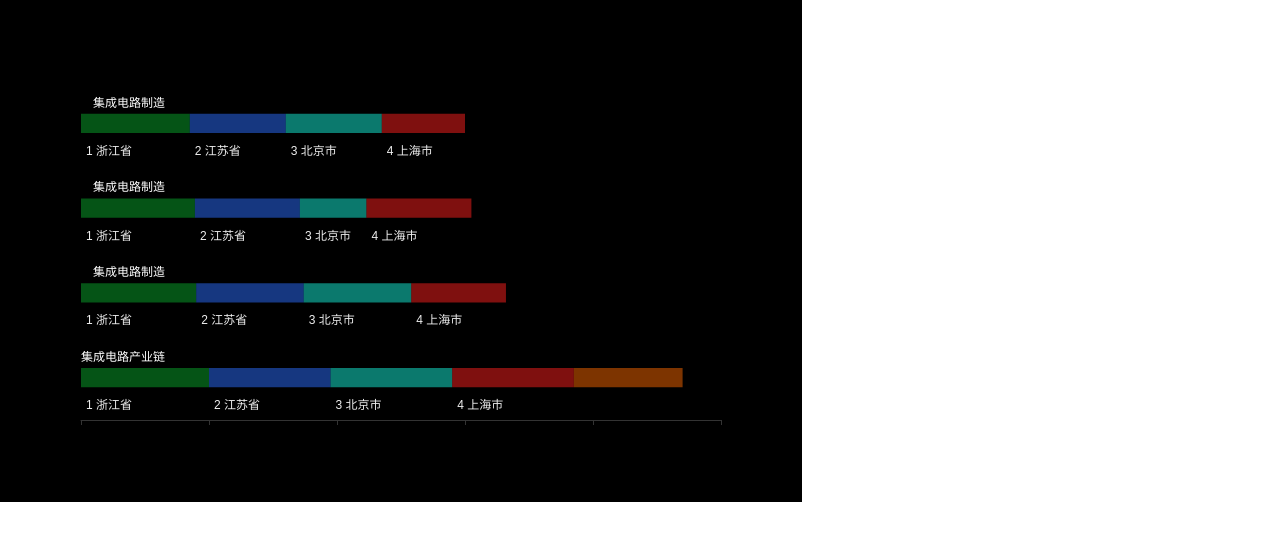
Repository: 572031690/echartproj
Page: /#/test
An editor plug-in stored every save of this project. The page is shown before and after the next save, followed by the edit.
The browser window is 1280 px wide. The pictures show the whole page.
The project was rebuilt for these pictures with package versions that can differ from the ones it lists, and the page was loaded fresh each time. Also part of the build but not shown: vue.config.js, src/components/Seller.vue, src/views/SellerPage.vue, src/utils/theme_utils.js, src/components/Trend.vue, src/views/TrendPage.vue, src/utils/map_utils.js, src/components/Map.vue and 9 more.

Above is the page before, as saved 2021-08-03 11:44:30.

After the next save:
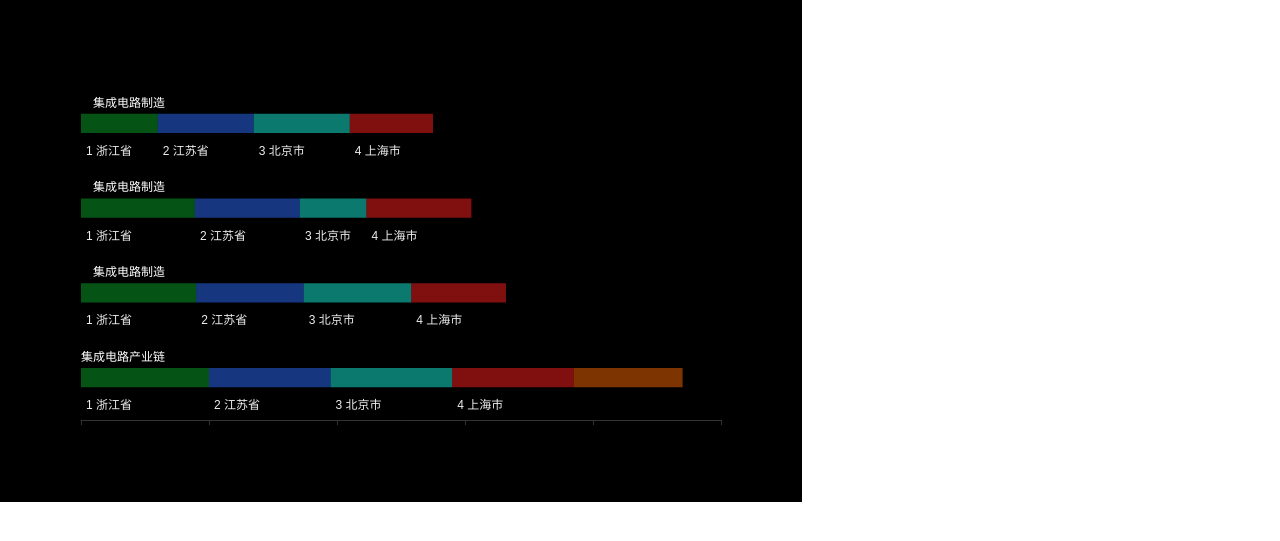
Saved 19 s later.
--- a/src/components/Test.vue
+++ b/src/components/Test.vue
@@ -23,7 +23,7 @@ export default {
         { rank: 1, name: '浙江省', value: 100 },
         { rank: 1, name: '江苏省', value: 90 },
         { rank: 1, name: '北京市', value: 89 },
-        { rank: 1, name: '上海市', value: 85 }
+        { rank: 1, name: '上海市', value: 60 }
       ],
       chartData2: [
         { rank: 2, name: '浙江省', value: 95 },
